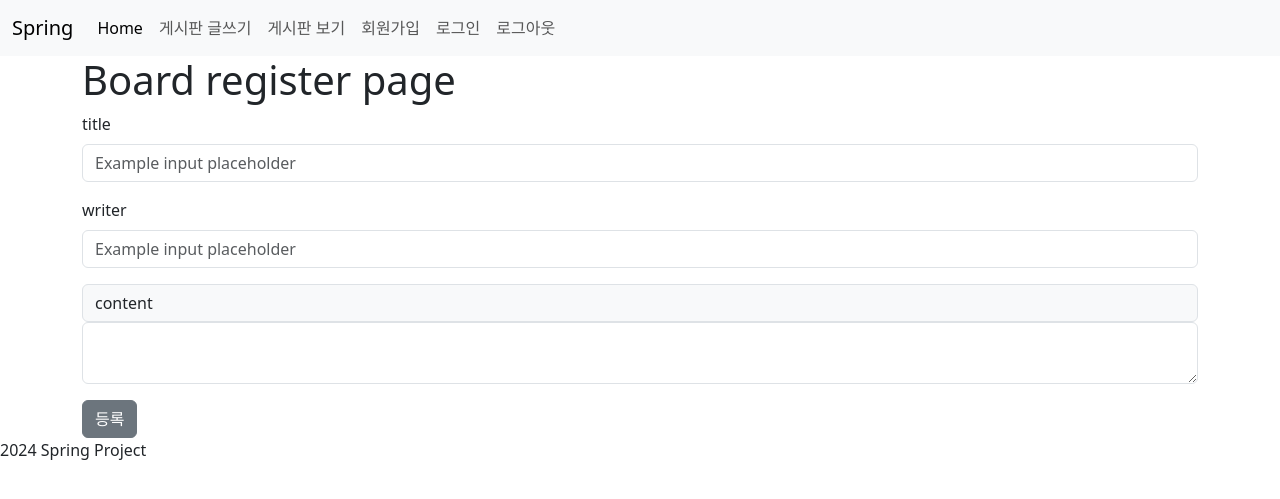
Repository: kimnoanoa/springTest240430
Page: http://localhost/spring_study/WEB-INF/views/board/register.jsp
These files come from the project's save history. The page is drawn as it stood at one moment and after the next save; the edit follows.
The browser window is 1280 px wide. The pictures show the whole page.
The page is served by Tomcat 9. Nobody is signed in. The template is opened directly, without the code that normally fills it, so the values that code supplies are empty.

Above is the page before, as saved 2024-04-24 01:12:29.

### spring_study/src/main/webapp/WEB-INF/views/board/register.jsp
<%@ page language="java" contentType="text/html; charset=UTF-8"
    pageEncoding="UTF-8"%>
    <jsp:include page="../layout/header.jsp"></jsp:include>
	<div class="container-md">
	<h1>Board register page</h1>
		<form action="/board/insert" method="post">
			<div class="mb-3">
			  <label for="t" class="form-label">title</label>
			  <input type="text" class="form-control" id="formGroupExampleInput" name ="title" placeholder="Example input placeholder">
			</div>
			<div class="mb-3">
			  <label for="w" class="form-label">writer</label>
			  <input type="text" class="form-control" id="formGroupExampleInput" name="writer" placeholder="Example input placeholder">
			</div>
			<div class="mb-3">
			  <span class="input-group-text">content</span>
			  <textarea class="form-control" aria-label="With textarea" name="content"></textarea>
			</div>
			<button type="button" class="btn btn-secondary">등록</button>
		</form>
	</div>

    <jsp:include page="../layout/footer.jsp"></jsp:include>

### spring_study/src/main/webapp/WEB-INF/views/layout/header.jsp
<%@ page language="java" contentType="text/html; charset=UTF-8"
    pageEncoding="UTF-8"%>
<!DOCTYPE html>
<html>
<head>
<meta charset="UTF-8">
<title>header.jsp</title>
</head>
<link href="https://cdn.jsdelivr.net/npm/bootstrap@5.3.3/dist/css/bootstrap.min.css" rel="stylesheet" integrity="sha384-QWTKZyjpPEjISv5WaRU9OFeRpok6YctnYmDr5pNlyT2bRjXh0JMhjY6hW+ALEwIH" crossorigin="anonymous">
<script src="https://cdn.jsdelivr.net/npm/bootstrap@5.3.3/dist/js/bootstrap.bundle.min.js" integrity="sha384-YvpcrYf0tY3lHB60NNkmXc5s9fDVZLESaAA55NDzOxhy9GkcIdslK1eN7N6jIeHz" crossorigin="anonymous"></script>
<body>
<nav class="navbar navbar-expand-lg bg-body-tertiary">
  <div class="container-fluid">
    <a class="navbar-brand" href="#">Spring</a>
    <button class="navbar-toggler" type="button" data-bs-toggle="collapse" data-bs-target="#navbarSupportedContent" aria-controls="navbarSupportedContent" aria-expanded="false" aria-label="Toggle navigation">
      <span class="navbar-toggler-icon"></span>
    </button>
    <div class="collapse navbar-collapse" id="navbarSupportedContent">
      <ul class="navbar-nav me-auto mb-2 mb-lg-0">
        <li class="nav-item">
          <a class="nav-link active" aria-current="page" href="#">Home</a>
        </li>
        <li class="nav-item">
          <a class="nav-link" href="/board/register">게시판 글쓰기</a>
        </li>
        <li class="nav-item">
          <a class="nav-link" href="/board/list">게시판 보기</a>
        </li>
        <li class="nav-item">
          <a class="nav-link" href="#">회원가입</a>
        </li>
        <li class="nav-item">
          <a class="nav-link" href="#">로그인</a>
        </li>
        <li class="nav-item">
          <a class="nav-link" href="#">로그아웃</a>
        </li>
        </ul>
    </div>
  </div>
</nav>

### spring_study/src/main/webapp/WEB-INF/views/layout/footer.jsp
<%@ page language="java" contentType="text/html; charset=UTF-8"
    pageEncoding="UTF-8"%>
<div>
2024 Spring Project
</div>
</body>
</html>

After the next save:
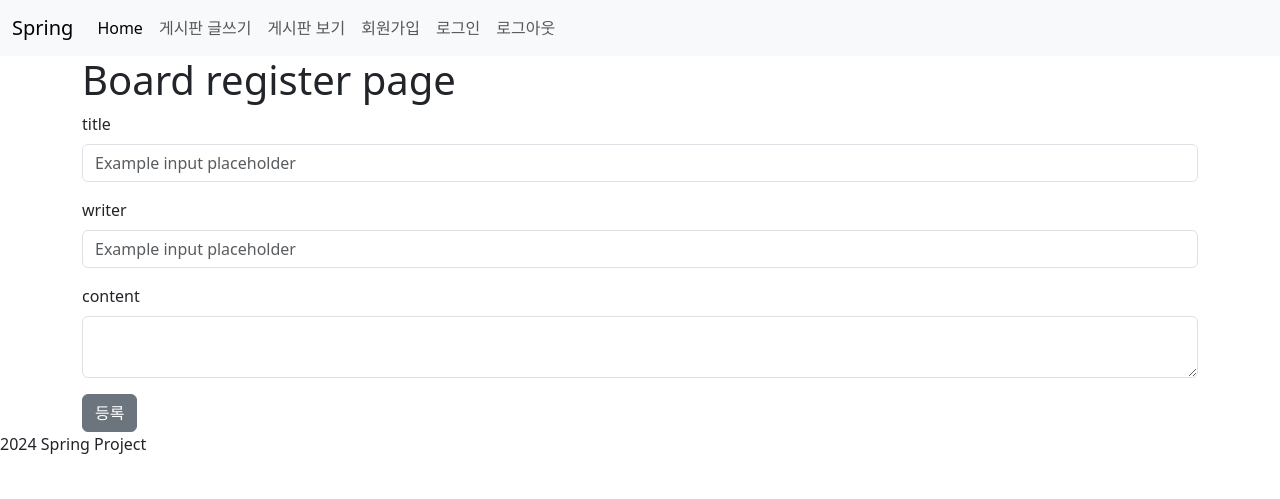
Saved 79 s later.
--- a/spring_study/src/main/webapp/WEB-INF/views/board/register.jsp
+++ b/spring_study/src/main/webapp/WEB-INF/views/board/register.jsp
@@ -13,7 +13,7 @@
 			  <input type="text" class="form-control" id="formGroupExampleInput" name="writer" placeholder="Example input placeholder">
 			</div>
 			<div class="mb-3">
-			  <span class="input-group-text">content</span>
+			   <label for="w" class="form-label">content</label>
 			  <textarea class="form-control" aria-label="With textarea" name="content"></textarea>
 			</div>
 			<button type="button" class="btn btn-secondary">등록</button>
